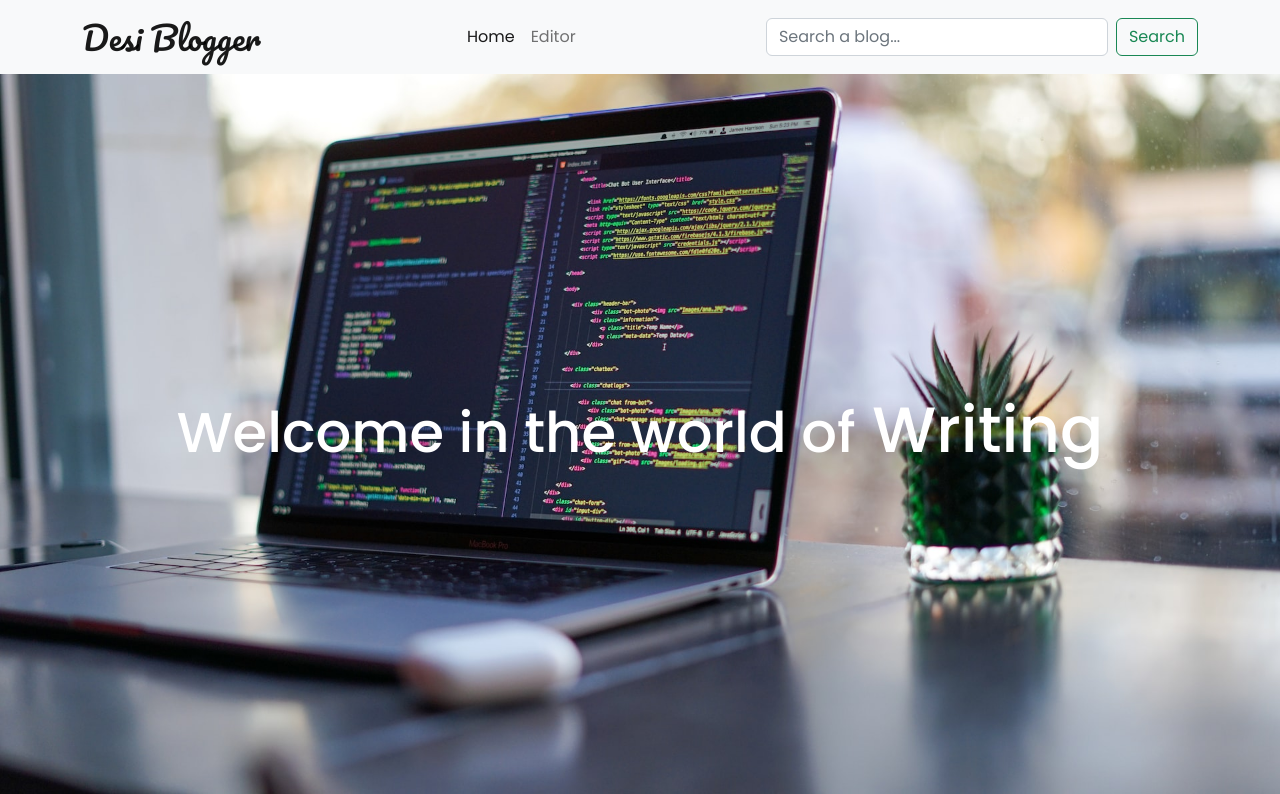
Repository: badhon252/Desi_Blogger
Page: public/home.html
The author's editor kept a copy of each file at every save. The page is drawn from the files as they stood at one save, then again after the next save.
The browser window is 1280 px wide. The pictures show the whole page.

Above is the page before, as saved 2022-11-15 19:46:52.

After the next save:
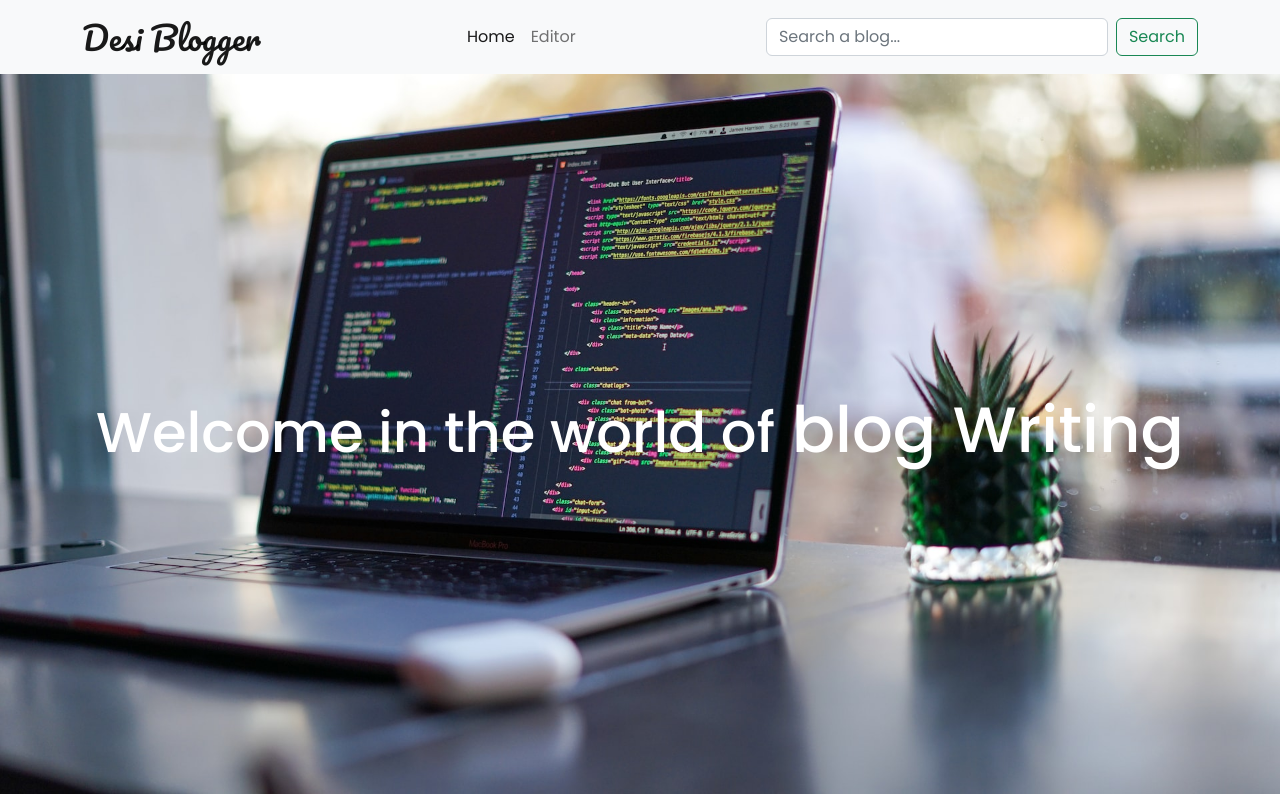
Saved 10 s later.
--- a/public/home.html
+++ b/public/home.html
@@ -53,6 +53,7 @@
             <h1>
                 <span class="small">
                     Welcome in the world of</span>
+                blog
                 <span>Writing</span>
             </h1>
 
